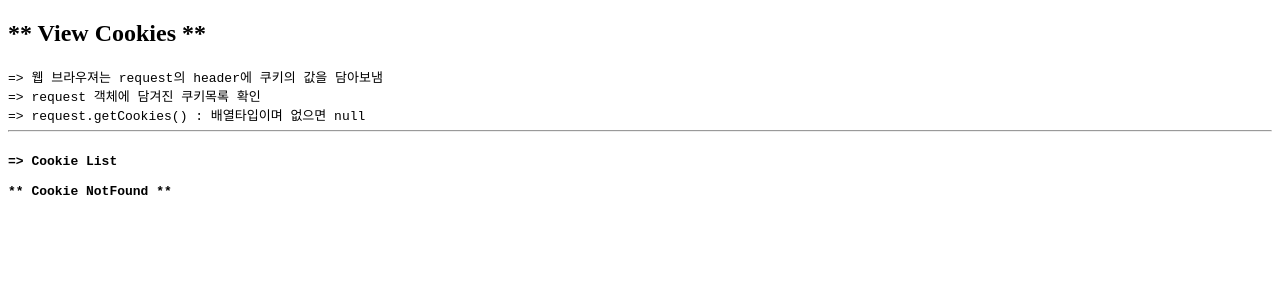
Repository: JYH94/JAVA
Page: http://localhost/web01/jsp05_Cookie/ex01_viewCookies.jsp
The author's editor kept a copy of each file at every save. The page is drawn from the files as they stood at one save, then again after the next save.
The browser window is 1280 px wide. The pictures show the whole page.
The page is served by Tomcat 9.

Above is the page before, as saved 2024-01-18 02:49:07.

After the next save:
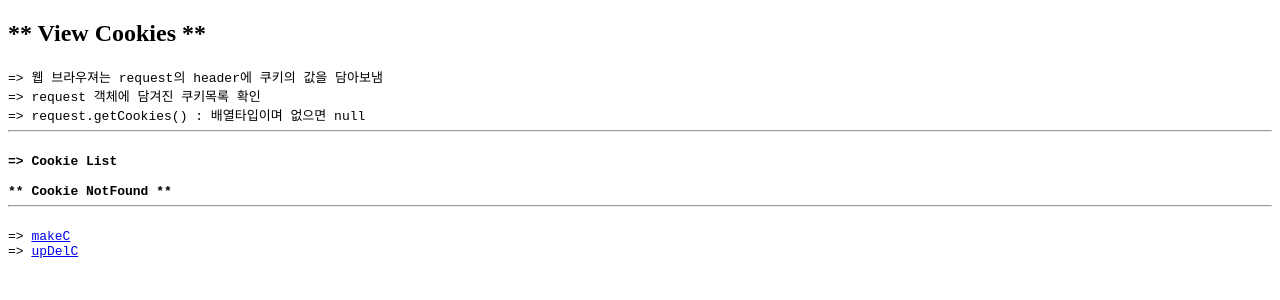
Saved 3 min 37 s later.
--- a/web01/src/main/webapp/jsp05_Cookie/ex01_viewCookies.jsp
+++ b/web01/src/main/webapp/jsp05_Cookie/ex01_viewCookies.jsp
@@ -25,5 +25,8 @@
 		out.print("<br>** Cookie NotFound **");
 	}
 %>
+</b><hr>
+=> <a href="ex02_makeCookies.jsp">makeC</a>
+=> <a href="ex02_upDelCookies.jsp">upDelC</a>
 </body>
 </html>
